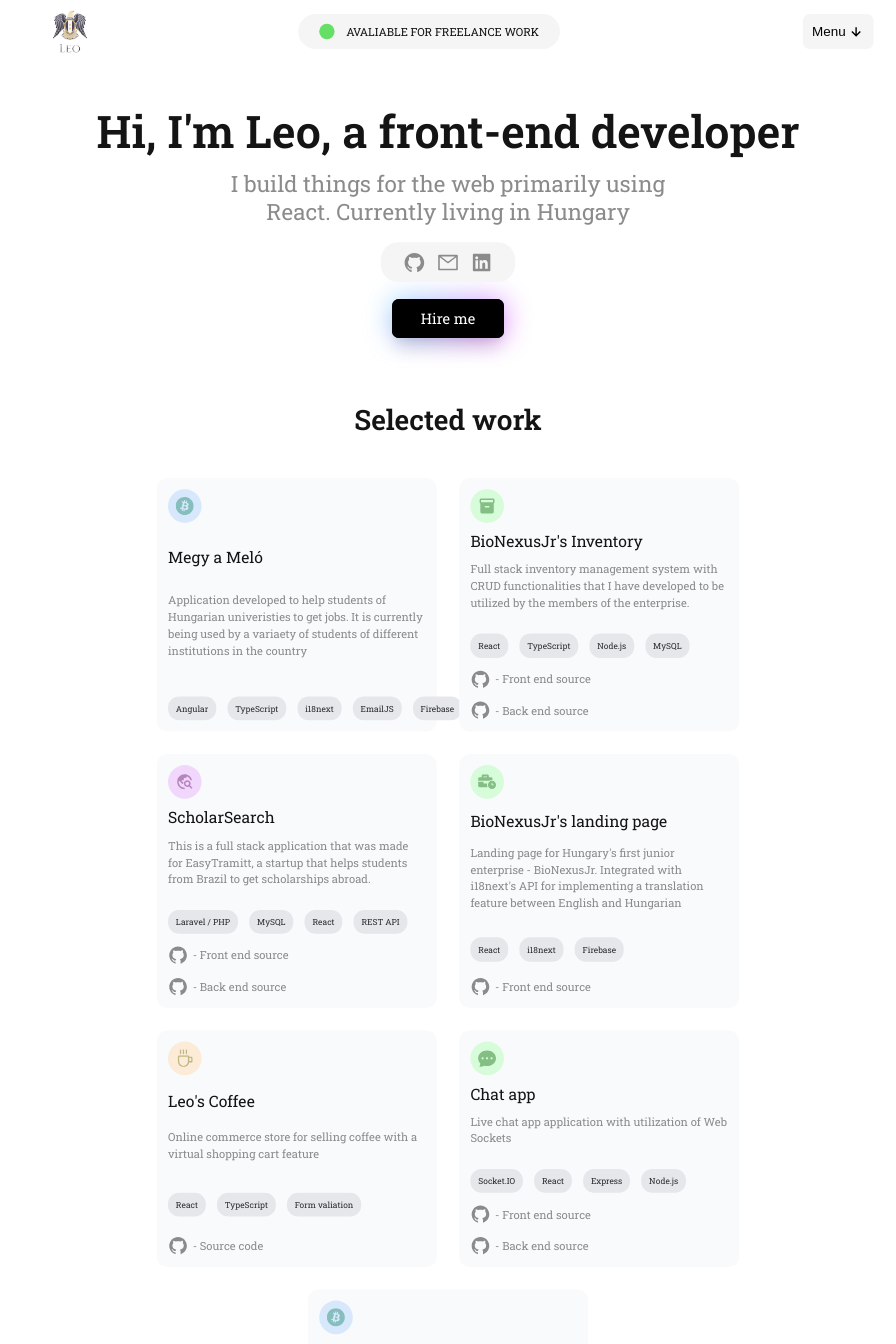
Repository: Leoka2000/portfolio-final
Page: /
An editor plug-in stored every save of this project. The page is shown before and after the next save, followed by the edit.
The browser window is 1280 px wide. The pictures show the part of the page from y = 0 to 1920 px (the page is 3329 px tall), at 70% of full size.
Some web fonts or font styles are not loaded; a fallback is used. The project was rebuilt for these pictures with package versions that can differ from the ones it lists, and the page was loaded fresh each time. Some packages were replaced by stand-ins written for this rebuild. Also part of the build but not shown: src/App.css. Imported but missing from the stored project, and not drawn on this page: src/assets/BioNexus.mp4, src/assets/LeoCV.pdf, src/assets/ScholarSearch.mp4, src/assets/chat-app.mp4.

Above is the page before, as saved 2023-09-05 12:18:57.

### public/index.html
<!DOCTYPE html>
<html lang="en">
  <head>
    <meta charset="utf-8" />
    <link rel="icon" href="%PUBLIC_URL%/favicon.ico" />
    <meta name="viewport" content="width=device-width, initial-scale=1" />
    <meta name="theme-color" content="#000000" />
    <meta
      name="description"
      content="Web site created using create-react-app"
    />
    <link rel="apple-touch-icon" href="%PUBLIC_URL%/logo192.png" />
    <!-- font -->
    <link rel="preconnect" href="https://fonts.googleapis.com">
    <link rel="preconnect" href="https://fonts.gstatic.com" crossorigin>
    <link href="https://fonts.googleapis.com/css2?family=Fira+Sans+Extra+Condensed:wght@300&family=Roboto+Condensed:wght@300&family=Roboto+Slab:wght@400;500;600&display=swap" rel="stylesheet">

    <!-- font -->
    <link rel="manifest" href="%PUBLIC_URL%/manifest.json" />

    <title>React App</title>
  </head>
  <body>
    <noscript>You need to enable JavaScript to run this app.</noscript>
    <div id="root"></div>
    <!--
      This HTML file is a template.
      If you open it directly in the browser, you will see an empty page.

      You can add webfonts, meta tags, or analytics to this file.
      The build step will place the bundled scripts into the <body> tag.

      To begin the development, run `npm start` or `yarn start`.
      To create a production bundle, use `npm run build` or `yarn build`.
    -->
  </body>
</html>

### src/pages/main/home.jsx
import React from 'react'
import Navbar from '../../compontents/navbar/navbar'
import Hero from './hero/hero'
import Work from './work/work-parent'
import About from './about/about'
import Contact from '../contact/contact'


const Home = () => {
  return (
    <>

      <Hero/>
      <Work/>
      <About/>
      <Contact/>
    </>
  )
}

export default Home

### src/compontents/navbar/navbar.css
.nav-navbar {
    display: flex;
    justify-content: flex-start;

    align-items: center;
    height: 90px;
}

.nav-navbar > span {
    display: flex;
    color: var(--h1);
    text-align: center;
    align-items: center;
    justify-content: center;
    background-color: #f5f5f5;
    font-weight: 300;
    padding: 9px 30px;
    border-radius: 30px;
    height: 2rem;
    gap: 1rem;
    width: auto;
    position: absolute;
    right: 30rem;

}
.nav-navbar > span > div {
width: 1.4rem;
border-radius: 100%;
background-color: rgb(101, 223, 101);
height: 1.4rem;
}
.dropdown-menu{
    position: absolute;
    right: 0;
    margin-right: 2rem;


}
.nav-dropdown {
    transform: none;
    transition: all 2s ease-in-out;
    margin-top: 1rem;
    background-color: #f5f5f5;
    position: absolute;
    top: 1;
    right: 0;
    border-radius: 10px;
    width: 10rem;
    height: 8.5rem;
    font-size: 1.2rem;
    transition: all .2s ease-in-out;
    box-shadow: rgba(0, 0, 0, 0.1) 0px 20px 25px -5px, rgba(0, 0, 0, 0.04) 0px 10px 10px -5px;
    opacity:1;
    transition:

     0s linear,
     1s linear;
}
.nav-dropdown::before {
    content: "";
z-index: -1;
position: absolute;
top: 0;
right: 0;
bottom: 0;
left: 0;
background: linear-gradient(-45deg,#e81cff,#40c9ff);
transform: translateZ(0) scale(.95);
filter: blur(20px);
opacity: .6;
transition: .3s;
border-radius: inherit;
transition: all 2s ease-in-out;

}
.dropdown{

    list-style: none;
    display: flex;
 flex-direction: column;
 padding: 1rem;
 transform: none;
 opacity:1;
    transition:

     0s linear,
     1s linear;


}

.dropdown > a {
    list-style: none;
    width: 84%;
    display: flex;
    padding: 0.5rem 1rem 0.5rem 0.7rem;
}
.dropdown > a > a {
    width: 100%;
}
.dropdown a:hover {
    background-color: rgb(219, 219, 219);
    cursor: pointer;
    border-radius: 10px;
    transition: 0.2s;
}
.nav-navbar > div > button {
    background-color: transparent;
    outline: none;
    border: none;
    display: flex;
    align-items: center;
    background-color: #f5f5f5;
    border-radius: 10px;

    padding: 0.8rem;
    justify-content: center;
    gap: 0.2rem;
    cursor: pointer;
    position: relative;
    transition: 0.3s;
}
.nav-navbar > div > button:hover {
background-color: rgb(228, 228, 228);
transform: scale(1.1);
}
.dropdown-menu > button > p {
    font-size: 1.2rem;

}
.dropdown-menu button svg {
    font-size: 1.5rem;
}

### src/pages/main/hero/hero.jsx
import React from 'react'
import {AiFillGithub} from 'react-icons/ai'
import {AiOutlineMail} from 'react-icons/ai'
import {AiFillLinkedin} from 'react-icons/ai'
import './hero.css'
import { Link } from 'react-scroll'

const hero = () => {
  return (
    <>
      <section className='hero-section'>
        <h1>Hi, I'm Leo, a front-end developer</h1>
        <p>I build things for the web primarily using React. Currently living in Hungary</p>
        <div className='icons-wrapper'>
          <a href='https://www.linkedin.com/in/leoreus/'><AiFillGithub/></a>
          <a href='https://github.com/Leoka2000'><AiOutlineMail/> </a>
          <a><AiFillLinkedin/></a>
        </div>
        <button className='hero-btn'> <Link to="contact" spy={true} smooth={true} offset={100} duration={500}>Hire me</Link></button>
      </section>
    </>
  )
}

export default hero

### src/pages/main/work/work-parent.jsx
import React from 'react'
import './work.css'
import Bionexus from './projects/bionexus/index'
import CoffeeApp from './projects/coffee/index'
import ChatApp from './projects/chatapp/index'
import EasyTramitt from './projects/easy/index'
import CryptoApp from './projects/cryptoapp/index'
import Inventory from './projects/inventory'
import MegyaMelo from './projects/megyamelo'



const Work = () => {
  return (
    <>
      <section id='work' className='work-section'>
        <header><h1>Selected work</h1></header>
        <main className='work-main'>
          <MegyaMelo/>
       <Inventory/>
        <EasyTramitt />
          <Bionexus />
          <CoffeeApp />
          <ChatApp />
          <CryptoApp />



        </main>


      </section>
    </>
  )
}

export default Work

### src/pages/main/hero/hero.css
.hero-section {
    display: flex;
    flex-direction: column;
    text-align: center;
    align-items: center;
    padding: 4rem 2rem 2rem 2rem;
    justify-content: center;
    gap: 1.5rem
}
.hero-section h1 {
    color: var(--h1);
    font-size: 4rem;
}
.hero-section p {
    color: var(--p);
    font-size: 2rem;
    line-height: 2.5rem;
    max-width: 45rem;

}
.icons-wrapper {
    font-size: 2rem;
    color: var(--p);
    background-color: #f5f5f5;
    border-radius: 25px;
    align-items: center;
    padding: 0.8rem 0 0.5rem 0;
    width: 12rem;
    display: flex;
    justify-content: center;
    gap: 1rem;
    cursor: pointer;

}
.icons-wrapper a {
    text-decoration: none;
    color: var(--p);
}
.icons-wrapper svg {
    transition: 0.4s;
}
.icons-wrapper svg:hover {
    color: rgb(0, 0, 0);
}


.hero-section > button {
    font-family: 'Fira Sans Extra Condensed', sans-serif;

    font-family: 'Inter', sans-serif;

    font-family: 'Roboto Condensed', sans-serif;

    font-family: 'Roboto Slab', serif;

    display: flex;
    justify-content: center;
    align-items: center;
    color: white;
    font-size: 1.3rem;
    width: 10rem;
    height: 3.5rem;
    border-radius: 10px;
    outline: none;
    background-color: black;
    border: none;
    position: relative;
    cursor: pointer;
    transition: all .2s ease-in-out;
    box-shadow: rgba(0, 0, 0, 0.1) 0px 20px 25px -5px, rgba(0, 0, 0, 0.04) 0px 10px 10px -5px;
}
.hero-section > button::before {
    content: "";
z-index: -1;
position: absolute;
top: 0;
right: 0;
bottom: 0;
left: 0;
background: linear-gradient(-45deg, #e81cff, #40c9ff);
transform: translateZ(1) scale(.98);
filter: blur(20px);
opacity: .6;
transition: opacity .3s;
border-radius: inherit;
transition: all .2s ease-in-out;
}
.hero-section > button::after {

        content: "";
        z-index: -1;
        position: absolute;
        top: 0;
        right: 0;
        bottom: 0;
        left: 0;
        background: inherit;
        border-radius: inherit;
      }

.hero-section > button:hover {
transform: scale(1.1);
background-color: white;
color: black;
}



@media screen and (max-width: 1000px) {
    .hero-section > h1 {
        color: var(--h1);
        font-size: 2rem;
    }
    .hero-section > p {
        font-size: 1.2rem;
        line-height: 1.4rem;
    }

}

### src/pages/main/work/projects/bionexus/index.jsx
import React from 'react'
import {FaBusinessTime} from 'react-icons/fa'
import {AiFillGithub} from 'react-icons/ai'

const index = () => {

  return (
    <a target='_blank' href='https://bionexusjr.com/' className='individual-wrapper'>
    <span id='work-2'><FaBusinessTime/></span>
    <h1>BioNexusJr's landing page</h1>
    <p>Landing page for Hungary's first junior enterprise - BioNexusJr. Integrated with i18next's API for implementing a translation feature between English and Hungarian</p>
    <div className='key-wrapper'>
    <span>React</span>
      <span>i18next</span>
      <span>Firebase</span>
    </div>
    <a target='_blank' href='https://github.com/Leoka2000/BioNexus-s-Website'><AiFillGithub/><p id='hover'>- Front end source</p></a>
  </a>
  )
}

export default index

### src/pages/main/work/projects/coffee/index.jsx
import React from 'react'
import {AiOutlineCoffee} from 'react-icons/ai'
import {AiFillGithub} from 'react-icons/ai'

const index = () => {
  return (
    <a target='_blank'  href='https://melodious-rabanadas-153006.netlify.app/' className='individual-wrapper'>
      <span id='work-3'><AiOutlineCoffee/></span>
      <h1>Leo's Coffee</h1>
      <p>Online commerce store for selling coffee with a virtual shopping cart feature</p>
      <div className='key-wrapper'>
        <span>React</span>
        <span>TypeScript</span>
        <span>Form valiation</span>
      </div>
      <a target='_blank' href='https://github.com/Leoka2000/e-commerce-website'><AiFillGithub/><p id='hover'>- Source code</p></a>
    </a>
  )
}

export default index

### src/pages/main/work/projects/chatapp/index.jsx
import { useState } from 'react'
import { BsFillChatDotsFill } from 'react-icons/bs'
import { AiFillGithub } from 'react-icons/ai'
import video from '../../../../../assets/chat-app.mp4'

const Index = () => {
  const [isVideoPlaying, setIsVideoPlaying] = useState(false);

  const handleVideoClick = (event) => {
    const targetElement = event.target;
    const isGithubLink = targetElement.closest('.github-link');

    if (!isGithubLink) {
      setIsVideoPlaying(true);
      disableScroll();
    }
  };

  const handleQuitVideo = () => {
    setIsVideoPlaying(false);
    enableScroll();
  };

  const disableScroll = () => {
    document.body.style.overflow = 'hidden';
  };

  const enableScroll = () => {
    document.body.style.overflow = '';
  };

  return (
    <div>
      <div onClick={handleVideoClick} className='individual-wrapper'>
        <span id='work-4'><BsFillChatDotsFill /></span>
        <h1>Chat app</h1>
        <p>Live chat app application with utilization of Web Sockets</p>
        <div className='key-wrapper'>
          <span>Socket.IO</span>
          <span>React</span>
          <span>Express</span>
          <span>Node.js</span>
        </div>
        <a target='_blank' href="https://github.com/Leoka2000/chat-app-front-end" className="github-link">
          <AiFillGithub />
          <p id="hover">- Front end source</p>
        </a>
        <a target='_blank' href="https://github.com/Leoka2000/chat-app-back-end" className="github-link">
          <AiFillGithub />
          <p id="hover">- Back end source</p>
        </a>
      </div>
      {isVideoPlaying && (
        <div className="video-overlay">
          <video src={video} controls autoPlay />
          <button onClick={handleQuitVideo}>Quit</button>
        </div>
      )}
    </div>
  )
}


export default Index

### src/pages/main/work/projects/easy/index.jsx
import React, { useState } from 'react';
import { MdTravelExplore } from 'react-icons/md';
import { AiFillGithub } from 'react-icons/ai';
import video from '../../../../../assets/ScholarSearch.mp4';

const Index = () => {
  const [isVideoPlaying, setIsVideoPlaying] = useState(false);

  const handleVideoClick = (event) => {
    const targetElement = event.target;
    const isGithubLink = targetElement.closest('.github-link');

    if (!isGithubLink) {
      setIsVideoPlaying(true);
      disableScroll();
    }
  };

  const handleQuitVideo = () => {
    setIsVideoPlaying(false);
    enableScroll();
  };

  const disableScroll = () => {
    document.body.style.overflow = 'hidden';
  };

  const enableScroll = () => {
    document.body.style.overflow = '';
  };

  return (
    <div>
      <div onClick={handleVideoClick} className="individual-wrapper">
        <span id="work-5">
          <MdTravelExplore />
        </span>
        <h1>ScholarSearch</h1>
        <p>
          This is a full stack application that was made for EasyTramitt, a
          startup that helps students from Brazil to get scholarships abroad.
        </p>
        <div className="key-wrapper">
          <span>Laravel / PHP</span>
          <span>MySQL</span>
          <span>React</span>
          <span>REST API</span>
        </div>
        <a target='_blank' href="https://github.com/Leoka2000/front-end-ScholarSearch" className="github-link">
          <AiFillGithub />
          <p id="hover">- Front end source</p>
        </a>
        <a  target='_blank' href="https://github.com/Leoka2000/back-end-laravel" className="github-link">
          <AiFillGithub />
          <p id="hover">- Back end source</p>
        </a>
      </div>

      {isVideoPlaying && (
        <div className="video-overlay">
          <video src={video} controls autoPlay />
          <button onClick={handleQuitVideo}>Quit</button>
        </div>
      )}
    </div>
  );
};

export default Index;

### src/pages/main/work/projects/cryptoapp/index.jsx
import React from 'react'
import {SiBitcoin} from 'react-icons/si'
import {AiFillGithub} from 'react-icons/ai'

const index = () => {
  return (
    <a target='_blank'  href='https://regal-macaron-8fc4ed.netlify.app/' className='individual-wrapper'>
      <span id='work-1'><SiBitcoin/></span>
      <h1>CryptoApp</h1>
      <p>By consuming the CoinGecko API, the app provides live updates on different cryptocurrency informations</p>
      <div className='key-wrapper'>
      <span>React</span>
      <span>TypeScript</span>
        <span>CoinGecko API</span>
      </div>
      <a target='_blank' href='https://github.com/Leoka2000/CryptoApp'><AiFillGithub/><p id='hover'>- Source code</p></a>
    </a>
  )
}

export default index

### src/pages/main/work/projects/inventory/index.jsx
import React, { useState } from 'react'
import { MdInventory } from 'react-icons/md'
import { AiFillGithub } from 'react-icons/ai'
import video from '../../../../../assets/BioNexus.mp4'

const Index = () => {
  const [isVideoPlaying, setIsVideoPlaying] = useState(false);

  const handleVideoClick = (event) => {
    const targetElement = event.target;
    const isGithubLink = targetElement.closest('.github-link');

    if (!isGithubLink) {
      setIsVideoPlaying(true);
      disableScroll();
    }
  };

  const handleQuitVideo = () => {
    setIsVideoPlaying(false);
    enableScroll();
  };

  const disableScroll = () => {
    document.body.style.overflow = 'hidden';
  };

  const enableScroll = () => {
    document.body.style.overflow = '';
  };

  return (
    <div>
      <div onClick={handleVideoClick} className='individual-wrapper'>
        <span id='work-2'><MdInventory /></span>
        <h1>BioNexusJr's Inventory</h1>
        <p>Full stack inventory management system with CRUD functionalities that I have developed to be utilized by the members of the enterprise.</p>
        <div className='key-wrapper'>
          <span>React</span>
          <span>TypeScript</span>
          <span>Node.js</span>
          <span>MySQL</span>
        </div>
        <a target='_blank' href="https://github.com/Leoka2000/inventory-bionexusjr" className="github-link">
          <AiFillGithub />
          <p id="hover">- Front end source</p>
        </a>
        <a target='_blank' href="https://github.com/Leoka2000/inventory-app-backend" className="github-link">
          <AiFillGithub />
          <p id="hover">- Back end source</p>
        </a>
      </div>
      {isVideoPlaying && (
        <div className="video-overlay">
          <video src={video} controls autoPlay />
          <button onClick={handleQuitVideo}>Quit</button>
        </div>
      )}
    </div>
  )
}

export default Index

### src/pages/main/work/projects/megyamelo/index.jsx
import React from 'react'
import {SiBitcoin} from 'react-icons/si'
import logo from '../../../../../assets/megyamelo.jpg'

const Index = () => {
  return (
    <a target='_blank'  href='https://www.megyamelo.com' className='individual-wrapper'>
      <span id='work-1'><SiBitcoin/></span>
      <h1>Megy a Meló</h1>
      <p>Application developed to help students of Hungarian univeristies to get jobs. It is currently being used by a variaety of students of different institutions in the country</p>
      <div className='key-wrapper'>
      <span>Angular</span>
      <span>TypeScript</span>
      <span>i18next</span>
        <span>EmailJS</span>
        <span>Firebase</span>
      </div>
    </a>
  )
}

export default Index

### src/pages/main/about/about.css
.about-section {
    display: flex;
    gap: 0.5rem;
    padding: 7rem 1.5rem 5rem 4rem;
}

.left {
    display: flex;
    flex-direction: column;
    width: 50rem;
    gap: 1rem;

}
.left > h1 {
    color: var(--h1);
    font-size: 1.8rem;
}
.left > p {
    line-height: 1.8rem;
    color: var(--p);
    font-size: 1rem;
    font-weight: normal;
    -webkit-font-smoothing: antialiased;
    -moz-osx-font-smoothing: grayscale;
    width: 90%;

}

.right {
    display:flex;
    flex-direction: column;
    background-color: var(--background);
    border-radius: 16px;
    gap:1.6rem;
    padding: 1.3rem;
    justify-content: space-evenly;
    z-index: 0;
    width: 30rem;

}
.right > h1 {
    font-size: 1.9rem;
}
.right > p {
    color: var(--p);
    font-size: 1.1rem;
    line-height: 1.8rem;
    width: 95%;
}
.right-btn {
    display: flex;
    justify-content: center;
    align-items: center;
    color: white;
    font-size: 1rem;
    width: 10rem;
    height: 2.5rem;
    border-radius: 10px;
    outline: none;

    background-color: black;
    border: none;
    position: relative;
    cursor: pointer;
    transition: all .2s ease-in-out;
    box-shadow: rgba(0, 0, 0, 0.1) 0px 20px 25px -5px, rgba(0, 0, 0, 0.04) 0px 10px 10px -5px;
    font-family: 'Fira Sans Extra Condensed', sans-serif;

    font-family: 'Inter', sans-serif;

    font-family: 'Roboto Condensed', sans-serif;

    font-family: 'Roboto Slab', serif;
}
.right-btn::before {
    content:"";
z-index: -1;
position: absolute;
top: 0;
right: 0;
bottom: 0;

left: 0;
background: linear-gradient(-45deg, #e81cff, #40c9ff);
transform: translateZ(1) scale(.98);
filter: blur(20px);
opacity: 0.8;
transition: opacity .3s;
border-radius: inherit;
transition: all .2s ease-in-out;
}
.right-btn::after {

        content: "";
        z-index: -1;
        position: absolute;
        top: 0;
        right: 0;
        bottom: 0;
        left: 0;
        background: inherit;
        border-radius: inherit;
      }

      .right-btn:hover {
transform: scale(1.1);
background-color: white;
color: black;
}




@media screen and (max-width: 1150px) {
    .right {
        width: 35rem;


    }
    .left {
        width: 40rem;
        padding-left: 1.5rem;
    }
}

@media screen and (max-width: 1000px) {
    .about-section {
        flex-direction: column;
        padding-left: 0rem;
    }
    .right {
        width: 90%;



    }
    .left {
        width: 90%;
        padding-bottom: 1.5rem;


    }
    .left > p {
        width: 100%;
    }

    .right-btn {
        width: 13rem;
    }

    .right > p {

        font-size: 1.2rem;

    }
}

### src/pages/main/about/thingsido/index.jsx
import React from 'react'

const index = () => {
  return (
    <div className='left'>
            <h1>My story</h1>
            <p>My first real world experience I had with programming was when my friend founded a startup and was complaining to me how expensive it is to hire a programmer to develop a website. At that point I had been doing some self-studying in JS, which was enough for me to start learning React to maker her a website. After this experience I grew passionate about coding and started developing myself in this field</p>
            <p>In my free time I am a language learner. Aside from my native language, I also speak English, Hungarian, and a bit of Italian</p>
        </div>
  )
}

export default index

### src/pages/main/about/skills/index.jsx
import React from 'react'
import CV from '../../../../assets/LeoCV.pdf'
import './index.css'



const index = () => {
    return (
        <div className='right'>
            <h1>Skills</h1>
            <p>HTML / CSS / TypeScript / React / Laravel / PHP / MySQL / Next.js / Node.js / Express.js / Figma</p>
            <a href={CV} download className='right-btn'>Download CV</a>
        </div>
    )
}

export default index

Loaded but not shown: src/index.js (common file); src/index.css (common file); src/App.js (common file); src/pages/contact/inputs/index.js (87 lines, source omitted); src/compontents/navbar/navbar.js (35 lines, source omitted); src/pages/contact/contact.js (22 lines, source omitted); src/pages/main/about/about.js (15 lines, source omitted); src/pages/main/work/work.css (203 lines, source omitted); src/pages/contact/contact.css (158 lines, source omitted); src/pages/main/about/skills/index.css (no stored copy; drawn as an empty file)

After the next save:
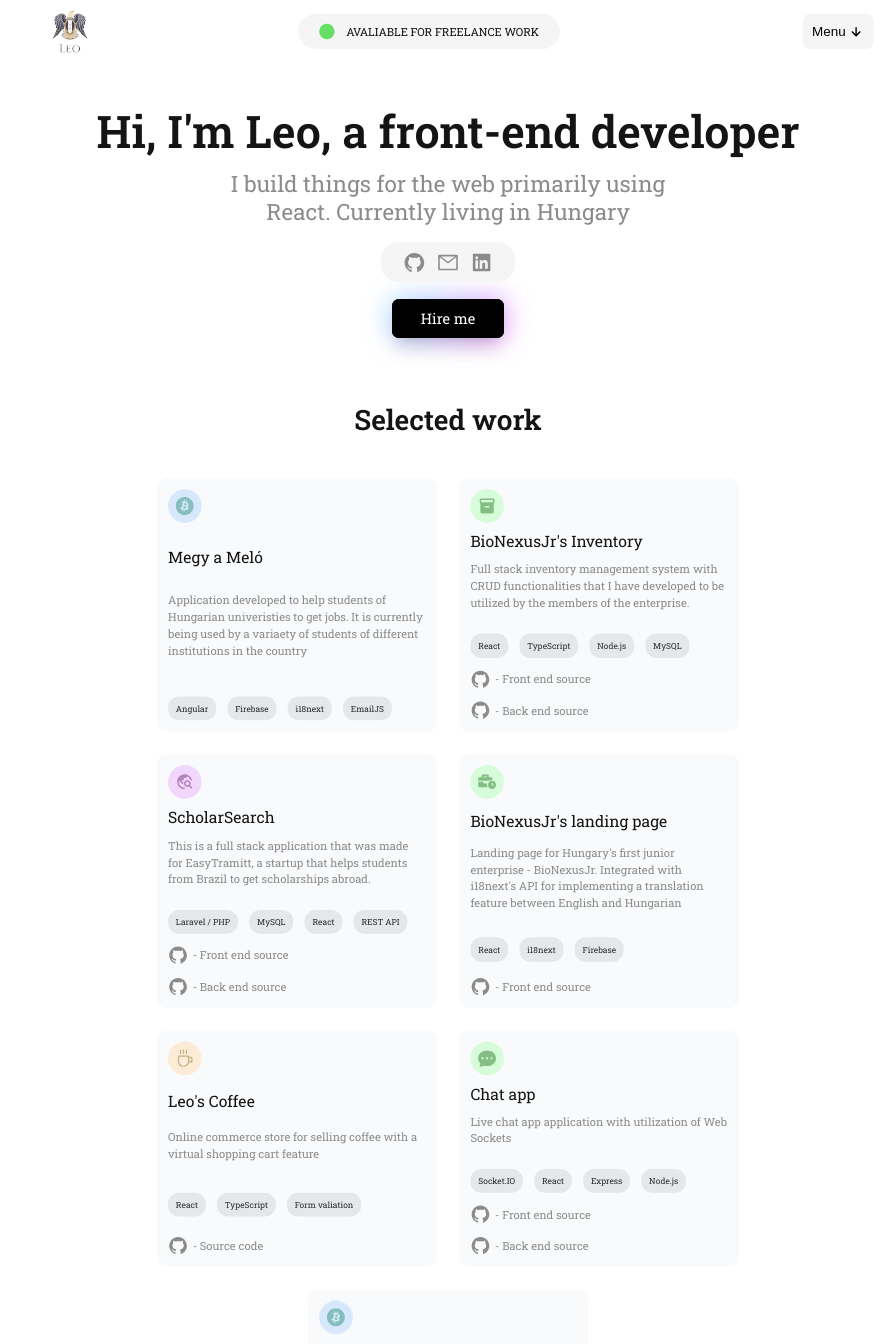
Saved 15 s later.
--- a/src/pages/main/work/projects/megyamelo/index.jsx
+++ b/src/pages/main/work/projects/megyamelo/index.jsx
@@ -10,10 +10,10 @@ const Index = () => {
       <p>Application developed to help students of Hungarian univeristies to get jobs. It is currently being used by a variaety of students of different institutions in the country</p>
       <div className='key-wrapper'>
       <span>Angular</span>
-      <span>TypeScript</span>
+      <span>Firebase</span>
       <span>i18next</span>
         <span>EmailJS</span>
-        <span>Firebase</span>
+
       </div>
     </a>
   )
